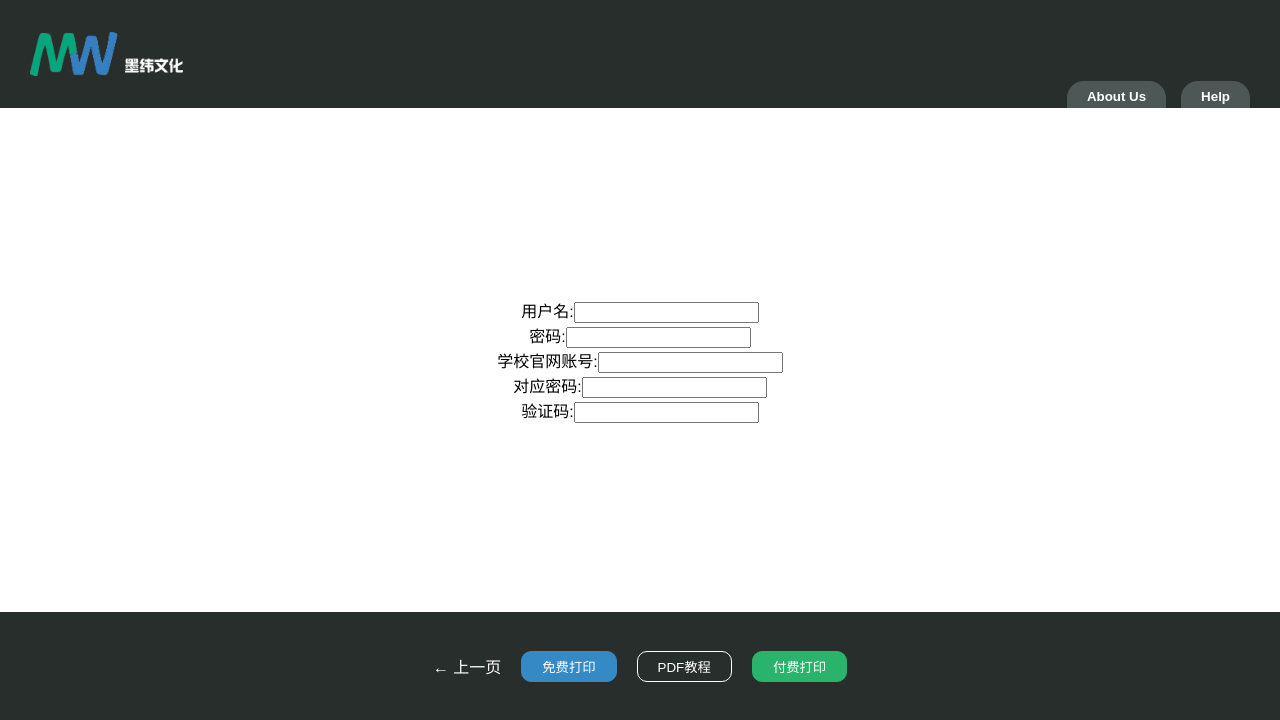
Repository: sucksucksucksuck/mw
Page: /#/register
The author's editor kept a copy of each file at every save. The page is drawn from the files as they stood at one save, then again after the next save.
The browser window is 1280 px wide. The pictures show the whole page.
The project was rebuilt for these pictures with package versions that can differ from the ones it lists, and the page was loaded fresh each time. Also part of the build but not shown: webpack.config.js, src/components/HelloWorld.vue, src/components/Suck.vue.

Above is the page before, as saved 2018-04-13 17:06:23.

After the next save:
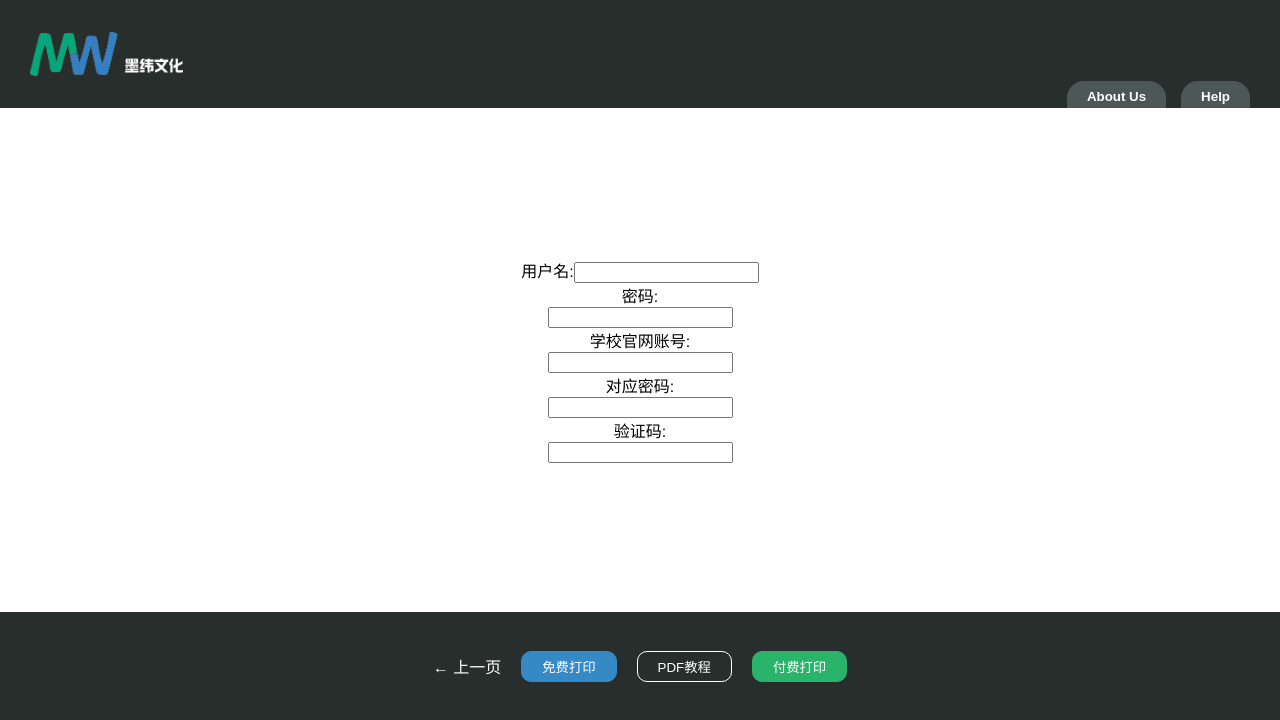
Saved 24 s later.
--- a/src/components/Register.vue
+++ b/src/components/Register.vue
@@ -8,19 +8,19 @@
       <input type="text" name="name">
     </div>
     <div class="item">
-      <span>密码:</span>
+      <div>密码:</div>
       <input type="text" name="name">
     </div>
     <div class="item">
-      <span>学校官网账号:</span>
+      <div>学校官网账号:</div>
       <input type="text" name="name">
     </div>
     <div class="item">
-      <span>对应密码:</span>
+      <div>对应密码:</div>
       <input type="text" name="name">
     </div>
     <div class="item">
-      <span>验证码:</span>
+      <div>验证码:</div>
       <input type="text" name="name">
     </div>
   </div>
